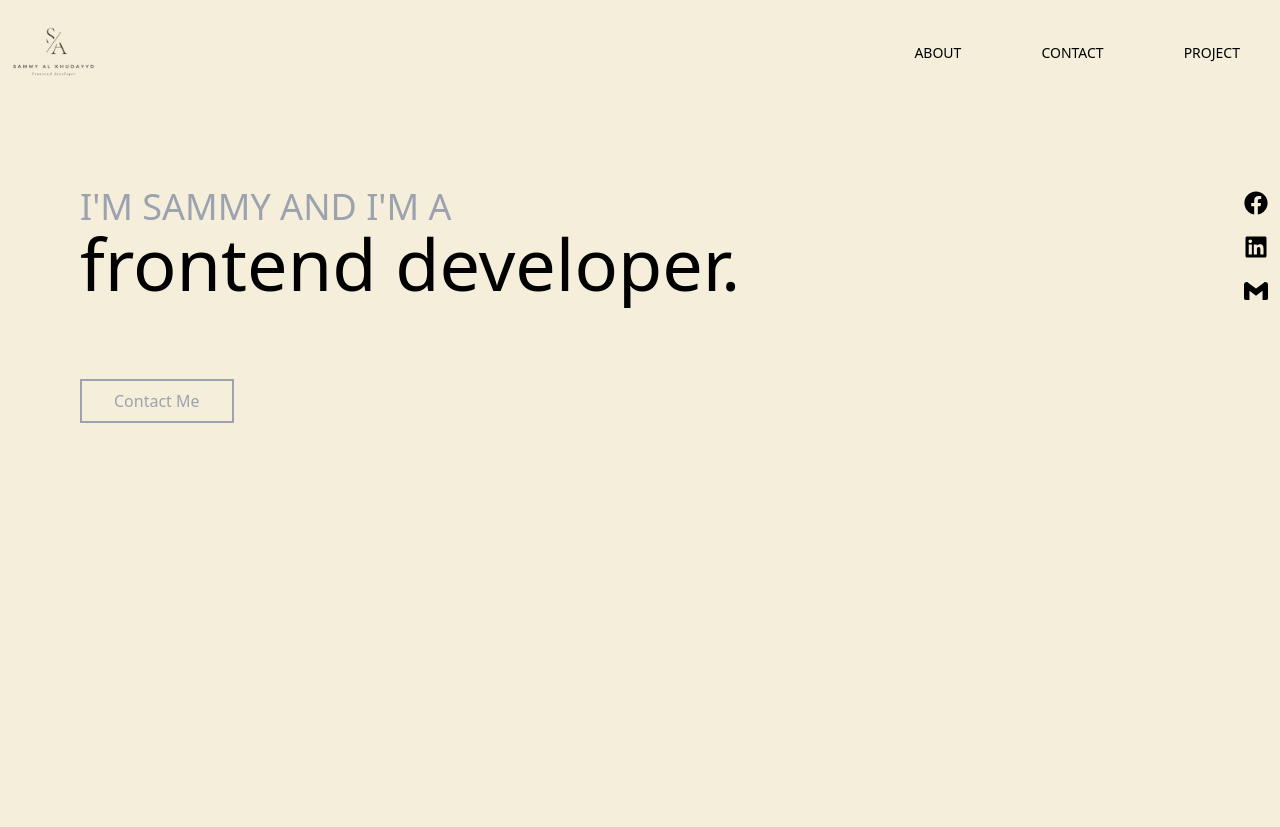
Repository: Al123Kudayyd/myportfolio
Page: /
These files come from the project's save history. The page is drawn as it stood at one moment and after a run of saves; the edit follows.
The browser window is 1280 px wide. The pictures show the whole page.
The project was rebuilt for these pictures with package versions that can differ from the ones it lists, and the page was loaded fresh each time. Also part of the build but not shown: src/components/model.js, src/components/Projects.jsx.

Above is the page before, as saved 2024-02-22 14:05:13.

### src/index.js
import React from 'react';
import ReactDOM from 'react-dom/client';
import './index.css';
import App from './App';
import { store } from './redux/store';
import reportWebVitals from './reportWebVitals';
import { Provider } from 'react-redux';

const root = ReactDOM.createRoot(document.getElementById('root'));
root.render(
  <Provider store={store}>
    <React.StrictMode>
      <App />
    </React.StrictMode>
  </Provider>

);

// If you want to start measuring performance in your app, pass a function
// to log results (for example: reportWebVitals(console.log))
// or send to an analytics endpoint. Learn more: https://bit.ly/CRA-vitals
reportWebVitals();

### src/App.js
import Main from './components/Main';
import Nav from './components/Nav';
import Model from './components/Model'
import Projects from './components/Projects';
import { useState } from 'react';
import { LiaTimesSolid } from "react-icons/lia";


function App() {

  const [openProjectModal, setOpenProjectModel] = useState(false)

  return (
    <div className="min-h-svh">
      <Nav button={<div onClick={() => setOpenProjectModel(true)}>PROJECT</div>} />
      <Main />
      {
        openProjectModal && <Projects button={<LiaTimesSolid onClick={() => setOpenProjectModel(false)}  />} />
      }

    </div>
  );
}

export default App;

### src/redux/store.js
import { configureStore } from '@reduxjs/toolkit'
import modalSlice from './modalSlice'

export const store = configureStore({
    reducer: {
        modals: modalSlice
    },
  })

### src/components/Main.jsx
import React, { useState } from 'react'
import Model from './Model'
import { LiaTimesSolid } from "react-icons/lia";
import { FaFacebook, FaLinkedin } from "react-icons/fa";
import { SiGmail } from "react-icons/si";
import Projects from './Projects';
import { useDispatch, useSelector } from 'react-redux';
import { closeProjectModal } from '../redux/modalSlice';
import { LiaBarsSolid } from "react-icons/lia";

function Main() {
    const [openModal, setOpenModal] = useState(false)



  return (
    <div className='relative'>
    <div className='bg-[#f4eedb] relative h-screen'>
        <div className='-z-10 pl-20 pt-20 '>
            <h1 className=''><span className='text-gray-400 font-extralight text-4xl'>I'M SAMMY AND I'M A</span>
            <br /><span className='text-7xl'>frontend developer.</span></h1>
            <button className='mt-20 border-gray-400 border-2 text-gray-400 py-2 px-8 hover:bg-gray-400 hover:text-[#f4eedb]
            transition-all duration-300'
            onClick={() => setOpenModal(true)}>
                Contact Me</button>
        </div>

    </div>
    {
        openModal && <Model btn={<LiaTimesSolid onClick={() => setOpenModal(false) } />}
         />
    }
    <div className='absolute top-[10%] right-0 text-2xl  m-3'>
        <a href="" className='' ><FaFacebook className='cursor-not-allowed' /></a>
        <a href="https://uk.linkedin.com/in/sammy-al-khudayyd-17656b246"  className=''>
            <FaLinkedin className='cursor-pointer my-5' />
        </a>
        <a href=""><SiGmail className='cursor-pointer' /></a>

    </div>

    </div>
  )
}

export default Main

### src/components/Nav.jsx
import React from 'react'
import logo from '../assets/logo.png'
import { LiaBarsSolid } from "react-icons/lia";
import { useDispatch } from 'react-redux';
import { openProjectModal } from '../redux/modalSlice';
import Projects from './Projects';

function Nav({ button, button1 }) {

    const dispatch = useDispatch()
  return (
    <div className='bg-[#f4eedb] '>
        <div className='flex justify-between items-center'>
            <img src={logo} className="w-[20%] md:w-1/12 " />
            <LiaBarsSolid className='sm:hidden text-3xl mr-5 hover:text-gray-400 cursor-pointer active:scale-[.85] transition-all duration-300' />
            <ul className='hidden sm:flex font-extralight text-sm '>
                <li className='px-10 cursor-pointer hover:text-gray-400 transition-all duration-300'>ABOUT</li>
                <li className='px-10 cursor-pointer hover:text-gray-400 transition-all duration-300'>CONTACT</li>
                <li
                className='px-10 cursor-pointer hover:text-gray-400 transition-all duration-300 text-black'
                >
                   {button}
                </li>
            </ul>

        </div>



    </div>
  )
}

export default Nav

### src/redux/modalSlice.js
import { createSlice } from '@reduxjs/toolkit'

const initialState = {
    openprojectmodal: false,
    opencontactmodal: false

}

const modalSlice = createSlice({
  name: "modal",
  initialState,
  reducers: {
    openProjectModal: (state) => {
        state.openprojectmodal = true
    },
    openContactModal: (state) => {
        state.opencontactmodal = true
    },
    closeProjectModal: (state) => {
        state.openprojectmodal = false
    },
    closeContactModal: (state) => {
        state.opencontactmodal = false
    }
  }
});

export const { openContactModal, openProjectModal, closeContactModal, closeProjectModal } = modalSlice.actions

export default modalSlice.reducer

### tailwind.config.js
/** @type {import('tailwindcss').Config} */
module.exports = {
  content: [
    "./src/components/Nav.{js,jsx,ts,tsx}",
    "./src/components/Main.{js,jsx,ts,tsx}",
    "./src/components/App.{js,jsx,ts,tsx}",
    "./src/components/Model.{js,jsx,ts,tsx}",
    "./src/components/Projects.{js,jsx,ts,tsx}",
    "./src/components/Modal.{js,jsx,ts,tsx}"
  ],
  theme: {
    extend: {
      keyframes: {
        fade: {
          '0%': { transform: 'skewY(24deg)', opacity: '1' },
          '100%': { transform: 'skewY(0deg)' },
        },
        in: {
          '0%': { transform: 'translateX(100%)', opacity: '1' },
          '100%': { transform: 'translateX(0%)' },
        },
      },
      animation: {
        fade: 'fade 1.1s ease',
        in: 'fades 0.7 ease'
      }
    },
  },
  plugins: [],
}

### src/components/Modal.jsx
import React from 'react'

function Modal() {
  return (
    <div>
        <div className=''>
        <ul className='sm:hidden flex flex-col items-center font-extralight text-sm '>
            <li className='px-10 cursor-pointer hover:text-gray-400 transition-all duration-300'>ABOUT</li>
            <li className='px-10 cursor-pointer hover:text-gray-400 transition-all duration-300'>CONTACT</li>
            <li className='px-10 cursor-pointer hover:text-gray-400 transition-all duration-300 '>PROJECT</li>
        </ul>
        </div>
    </div>
  )
}

export default Modal

Loaded but not shown: public/index.html (common file); src/index.css (common file); src/reportWebVitals.js (common file)

After the next 2 saves:
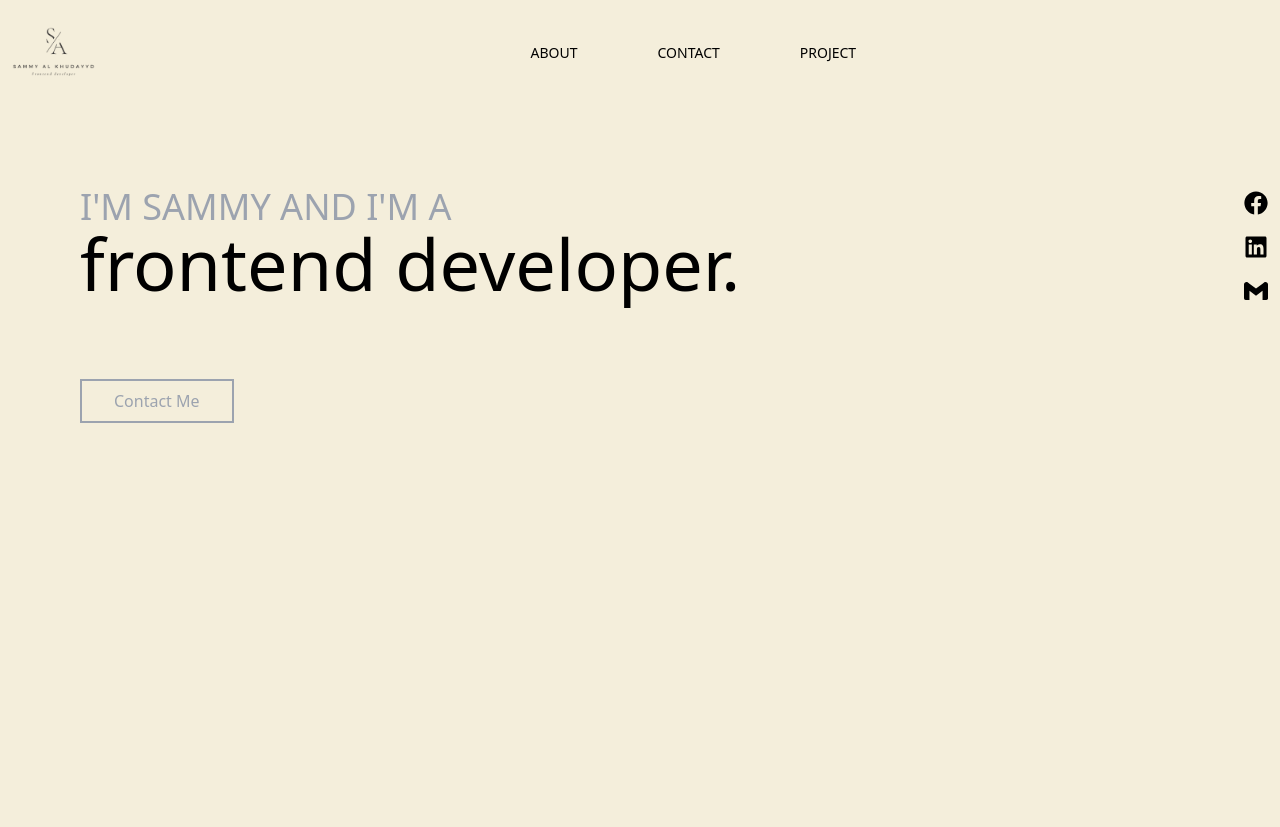
The 2 saves are shown as one change because 1 did not build or start.
The last was saved 12 s later.
--- a/src/components/Nav.jsx
+++ b/src/components/Nav.jsx
@@ -4,6 +4,7 @@ import { LiaBarsSolid } from "react-icons/lia";
 import { useDispatch } from 'react-redux';
 import { openProjectModal } from '../redux/modalSlice';
 import Projects from './Projects';
+import Modal from './Modal';
 
 function Nav({ button, button1 }) {
 
@@ -22,7 +23,7 @@ function Nav({ button, button1 }) {
                    {button}
                 </li>
             </ul>
-
+            <Modal />
         </div>
 
 
